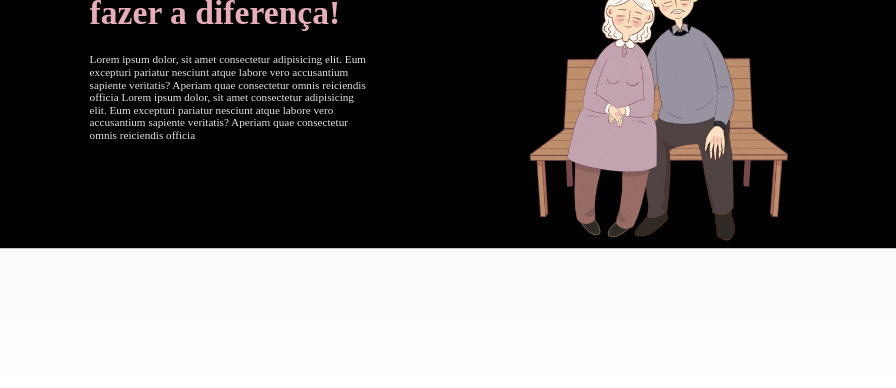
Repository: Giopol12/melhor-idade-online
Page: /index.page
These files come from the project's save history. The page is drawn as it stood at one moment and after the next save; the edit follows.
The browser window is 1280 px wide. The pictures show the part of the page from y = 972 to 2892 px (the page is 1526 px tall before and 2930 px after), at 70% of full size.
The project was rebuilt for these pictures with package versions that can differ from the ones it lists, and the page was loaded fresh each time. The framework's server and built-in components were replaced by stand-ins that run in the browser. Also part of the build but not shown: next.config.js.

Above is the page before, as saved 2023-11-21 11:04:19.

After the next save:
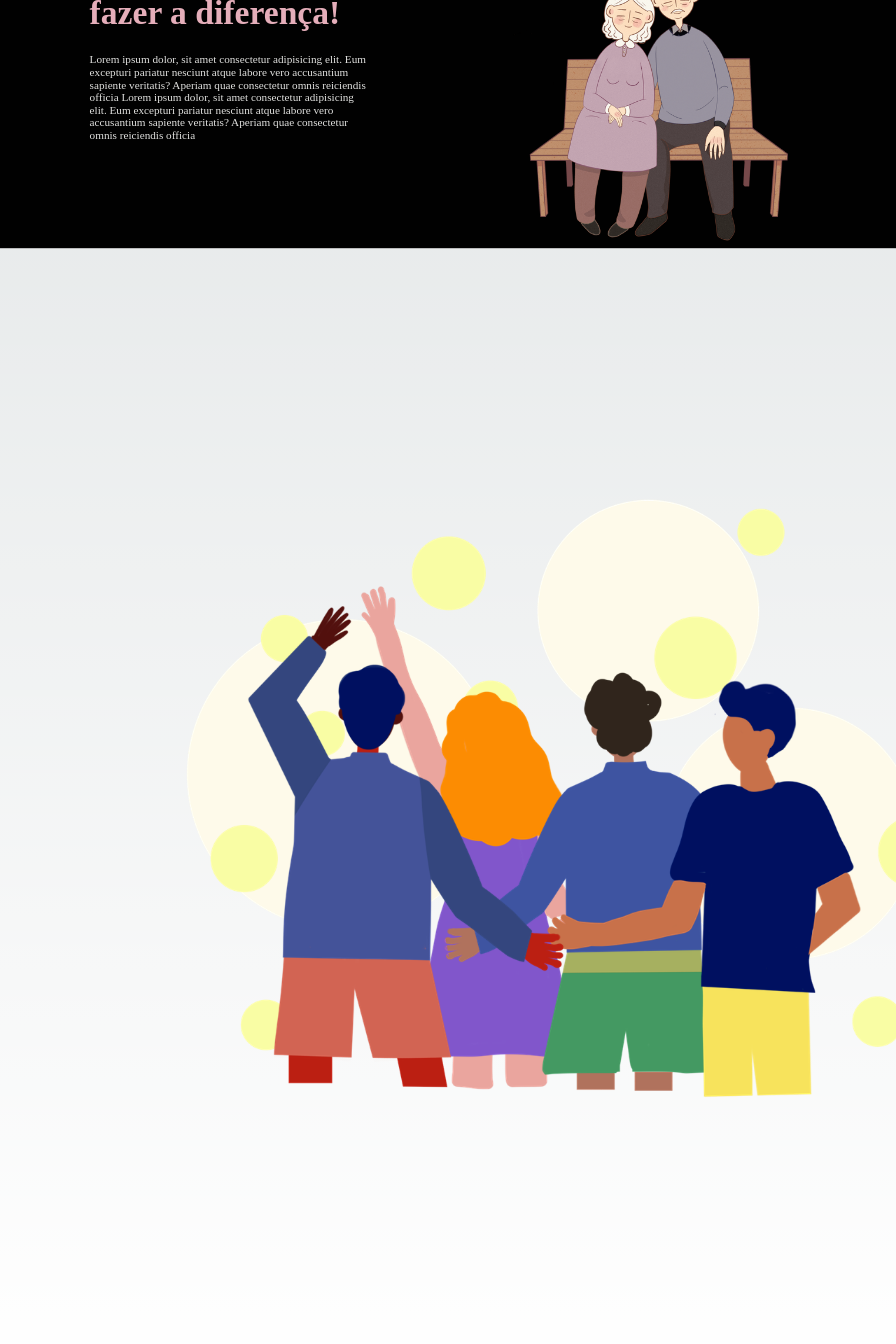
Saved 51 s later.
--- a/src/components/AboutUs/index.tsx
+++ b/src/components/AboutUs/index.tsx
@@ -1,5 +1,11 @@
 import { AboutUsContainer } from './styles'
 
+import Image from 'next/image'
+import youngPeople from '@/../assets/young-people.png'
 export function AboutUs() {
-  return <AboutUsContainer></AboutUsContainer>
+  return (
+    <AboutUsContainer>
+      <Image src={youngPeople} />
+    </AboutUsContainer>
+  )
 }
